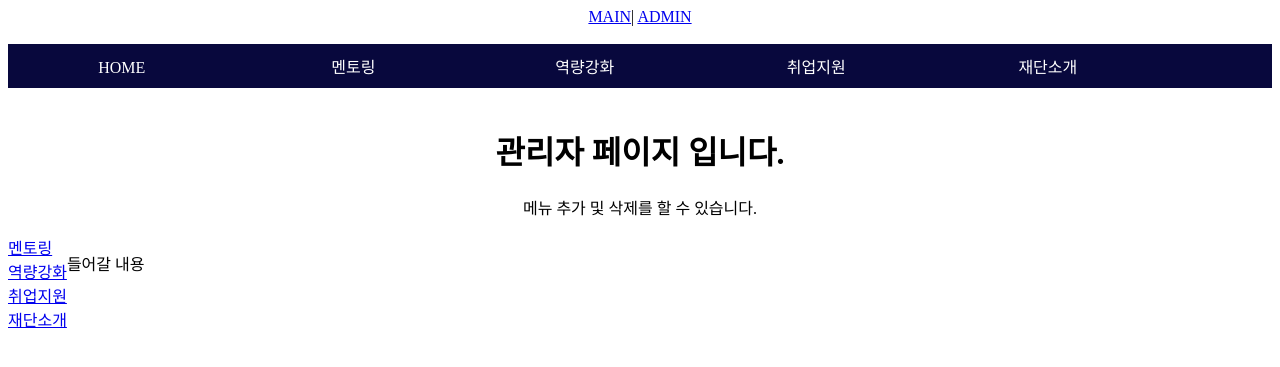
Repository: nywogud/promoPoli
Page: http://localhost/poli/WEB-INF/views/admin.jsp
An editor plug-in stored every save of this project. The page is shown before and after the next save, followed by the edit.
The browser window is 1280 px wide. The pictures show the whole page.
The page is served by Tomcat 9. Nobody is signed in. Other server files are loaded and not shown. The template is opened directly, without the code that normally fills it, so the values that code supplies are empty.

Above is the page before, as saved 2021-07-01 08:51:39.

### workspace/poli/src/main/webapp/WEB-INF/views/admin.jsp
<%@ page language="java" contentType="text/html; charset=UTF-8"
	pageEncoding="UTF-8"%>
<%@ taglib uri="http://java.sun.com/jsp/jstl/core" prefix="c"%>
<%@ page session="false"%>
<html>
<head>
<title>admin</title>
<script
	src="https://cdnjs.cloudflare.com/ajax/libs/jquery/3.3.1/jquery.min.js"></script>
<script>
	function mento(postNum) {
		var postNum = postNum;
		$.ajax({
			type : 'POST',
			url : '/mento',
			data : {
				"postNum" : postNum
			},
			success : function(result) {

				$("#content").empty();
				$("#content").append(result);
			},
			error : function(request, status, error) {

				alert("code:" + request.status + "\n" + "message:"
						+ request.responseText + "\n" + "error:" + error);

			}
		})
	}

	function empower(postNum) {
		var postNum = postNum;
		$.ajax({
			type : 'POST',
			url : '/empower',
			data : {
				"postNum" : postNum
			},
			success : function(result) {

				$("#content").empty();
				$("#content").append(result);
			},
			error : function(request, status, error) {

				alert("code:" + request.status + "\n" + "message:"
						+ request.responseText + "\n" + "error:" + error);
			}
		})
	}

	function support(postNum) {
		var postNum = postNum;
		$.ajax({
			type : 'POST',
			url : '/support',
			data : {
				"postNum" : postNum
			},
			success : function(result) {

				$("#content").empty();
				$("#content").append(result);
			},
			error : function(request, status, error) {

				alert("code:" + request.status + "\n" + "message:"
						+ request.responseText + "\n" + "error:" + error);
			}
		})
	}

	function intro(postNum) {
		var postNum = postNum;
		$.ajax({
			type : 'POST',
			url : '/intro',
			data : {
				"postNum" : postNum
			},
			success : function(result) {

				$("#content").empty();
				$("#content").append(result);
			},
			error : function(request, status, error) {

				alert("code:" + request.status + "\n" + "message:"
						+ request.responseText + "\n" + "error:" + error);
			}
		})
	}
</script>
<style>
ul, ol, li {
	list-style: none;
	margin: 0;
	padding: 0;
}

ul.main {
	color: white;
	background: rgb(8, 8, 61);
	width: 100%;
}

ul.main>li {
	display: inline-block;
	padding-top: 10px;
	padding-bottom: 10px;
	text-align: center;
	position: relative;
	width: 18%;
}

ul.main>li ul.sub {
	position: absolute;
	background: rgb(57, 57, 119);
	text-align: center;
	margin-top: 10px;
	width: 100%;
}

ul.main>li>a {
	text-decoration: none;
	color: white;
}

ul.main>li>ul>li>a {
	text-decoration: none;
	color: white;
}

ul.main>li ul.sub {
	display: none;
}

ul.main:hover ul.sub {
	display: block;
}

ul.main>li ul.sub>li {
	display: inline-block;
	padding: 10px 10px 0px 0px;
	text-align: center;
	position: relative;
	width: 240px;
}
</style>
</head>
<body>
	<div style="text-align: center;">
		<label><a href="/">MAIN</a></label><label>|</label> <label><a href="/admin">ADMIN</a></label>
	</div>
	<br>
	<div id="navHovBar">
		<ul class="main">
			<li class="main1 sub"><a href="/">HOME
					<ul class="main1Sub sub">
						<li style="color: rgb(57, 57, 119)">empty</li>
						<!--<li style="color: rgb(57, 57, 119)">empty</li>
						<li style="color: rgb(57, 57, 119)">empty</li>
						<li style="color: rgb(57, 57, 119)">empty</li>
						<li style="color: rgb(57, 57, 119)">empty</li>-->
					</ul>
			</a></li>
			<li class="main2">멘토링
				<ul class="main2Sub sub">
					<c:forEach var="mento" items="${mento}">
						<li><a href="javascript:;"
							onclick="mento('${mento.postNum}');">${mento.title}</a></li>
						<!--글 목록이 forEach로 들어옴 -->
					</c:forEach>
				</ul>
			</li>
			<li class="main3">역량강화
				<ul class="main3Sub sub">
					<c:forEach var="empower" items="${empower}">
						<li><a href="javascript:;" onclick="empower('${empower.postNum}');">${empower.title}</a></li>
						<!--글 목록이 forEach로 들어옴 -->
					</c:forEach>
				</ul>
			</li>
			<li class="main4">취업지원
				<ul class="main4Sub sub">
					<c:forEach var="support" items="${support}">
						<li><a href="javascript:;" onclick="support('${support.postNum}');">${support.title}</a></li>
						<!--글 목록이 forEach로 들어옴 -->
					</c:forEach>
				</ul>
			</li>
			<li class="main5">재단소개
				<ul class="main5Sub sub">
					<c:forEach var="intro" items="${intro}">
						<li><a href="javascript:;" onclick="intro('${intro.postNum}');">${intro.title}</a></li>
						<!--글 목록이 forEach로 들어옴 -->
					</c:forEach>
				</ul>
			</li>
		</ul>
	</div>
	<br>
	<span id="content">
		<div>
			<h1 style="text-align: center;">관리자 페이지 입니다.</h1>
			<p style="text-align: center;">메뉴 추가 및 삭제를 할 수 있습니다.</p>
		</div>
		<div>
			<span style="float: left;">
				<ul>
					<li style="text-decoration: none;"><a href="javascript:;" onclick="adMento();">멘토링</a></li>
					<li style="text-decoration: none;"><a href="javascript:;" onclick="adEmpower();">역량강화</a></li>
					<li style="text-decoration: none;"><a href="javascript:;" onclick="adSupport();">취업지원</a></li>
					<li style="text-decoration: none;"><a href="javascript:;" onclick="adIntro();">재단소개</a></li>
				</ul>
			</span>
			<span style="float: left;" id="convertAdPage">
				<p>들어갈 내용</p>
			</span>
		</div>
	</span>
</body>
</html>

After the next save:
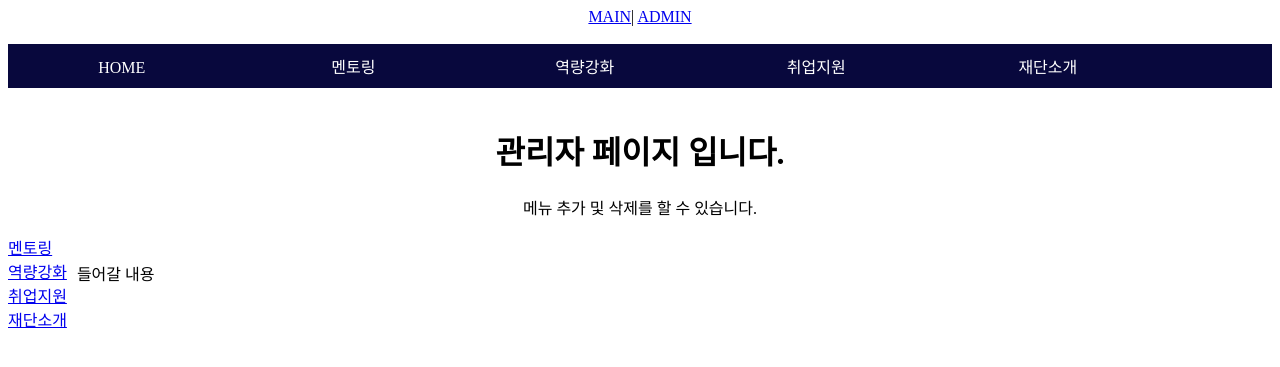
Saved 29 s later.
--- a/workspace/poli/src/main/webapp/WEB-INF/views/admin.jsp
+++ b/workspace/poli/src/main/webapp/WEB-INF/views/admin.jsp
@@ -216,7 +216,7 @@ ul.main>li ul.sub>li {
 					<li style="text-decoration: none;"><a href="javascript:;" onclick="adIntro();">재단소개</a></li>
 				</ul>
 			</span>
-			<span style="float: left;" id="convertAdPage">
+			<span style="float: left; padding:10px;" id="convertAdPage">
 				<p>들어갈 내용</p>
 			</span>
 		</div>
